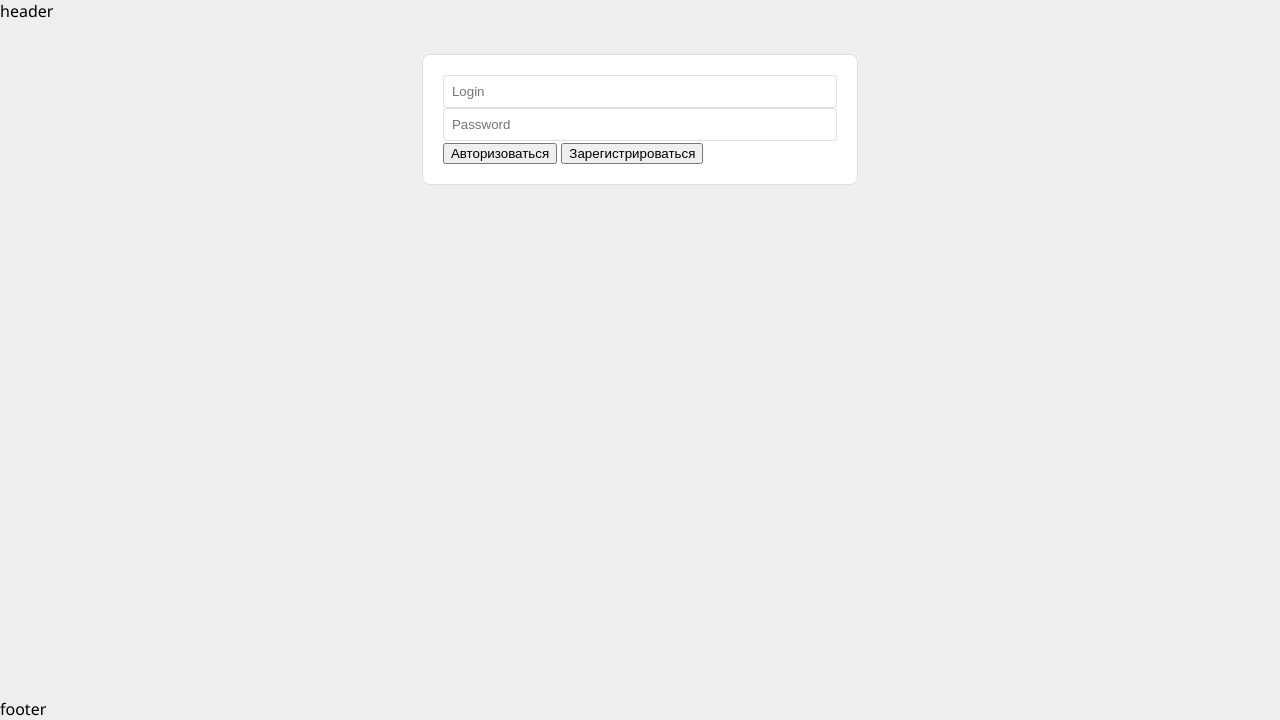
Repository: slep0y/fakeAuth
Page: index.html
An editor plug-in stored every save of this project. The page is shown before and after the next save, followed by the edit.
The browser window is 1280 px wide. The pictures show the whole page.
The style sheet was rebuilt from its Sass, Less or Tailwind sources for each picture, by a compiler version that may differ from the author's.

Above is the page before, as saved 2025-01-19 18:06:40.

After the next save:
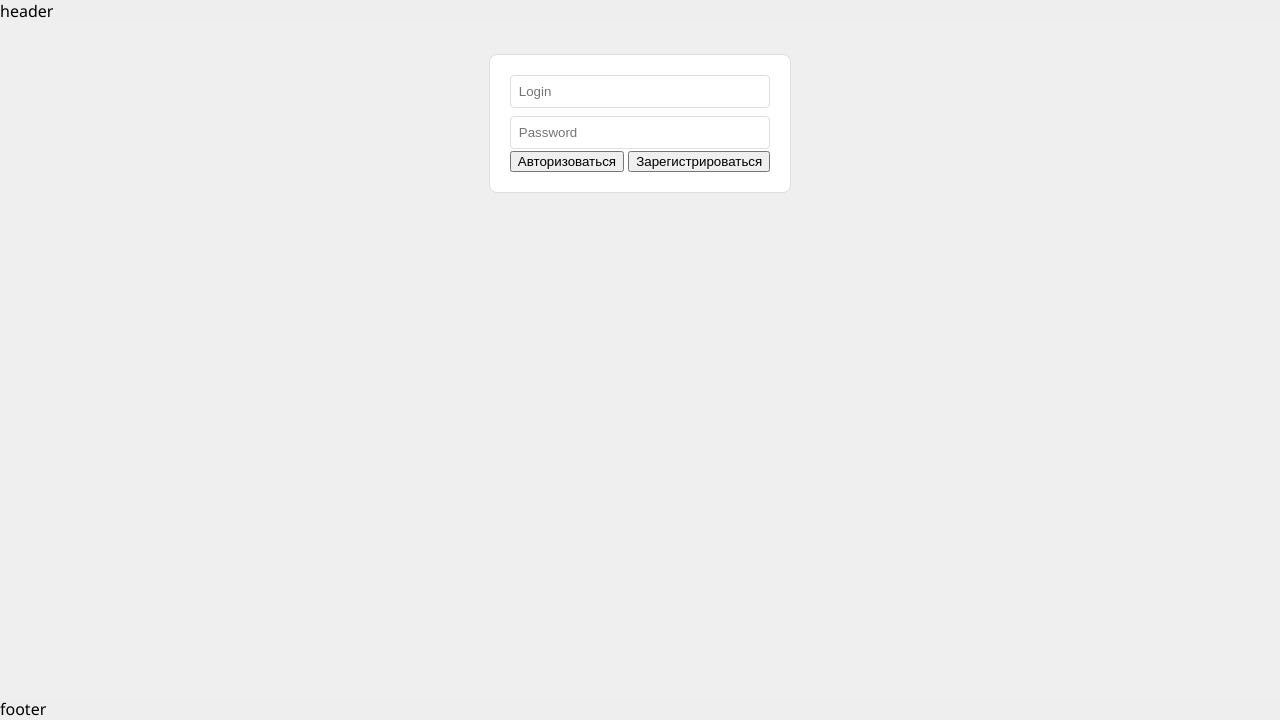
Saved 7 s later.
--- a/styles/blocks/fieldgroup/_fieldgroup.scss
+++ b/styles/blocks/fieldgroup/_fieldgroup.scss
@@ -1,4 +1,4 @@
-.fielgroup{
+.fieldgroup{
     display: grid;
     gap: 8px;
 }
